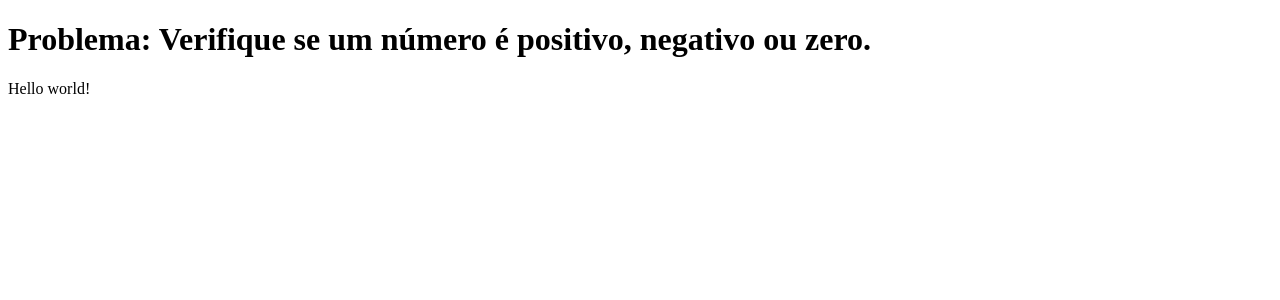
Repository: geracao-09/exercicios-logica
Page: index.html
These files come from the project's save history. The page is drawn as it stood at one moment and after the next save; the edit follows.
The browser window is 1280 px wide. The pictures show the whole page.

Above is the page before, as saved 2025-04-29 08:27:36.

After the next save:
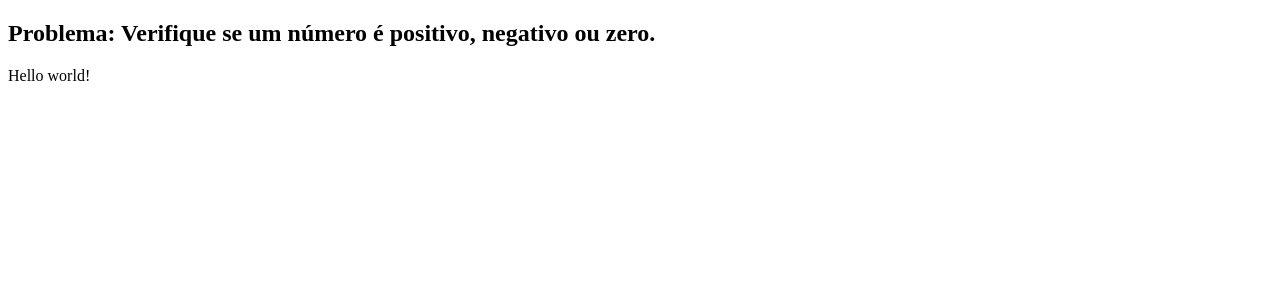
Saved 11 s later.
--- a/index.html
+++ b/index.html
@@ -7,8 +7,8 @@
 </head>
 <body>
     <main>
-        <h1>Problema: Verifique se um número é positivo, negativo ou zero.
-        </h1>
+        <h2>Problema: Verifique se um número é positivo, negativo ou zero.
+        </h2>
     </main>
     <script src="app.js"></script>
 </body>
